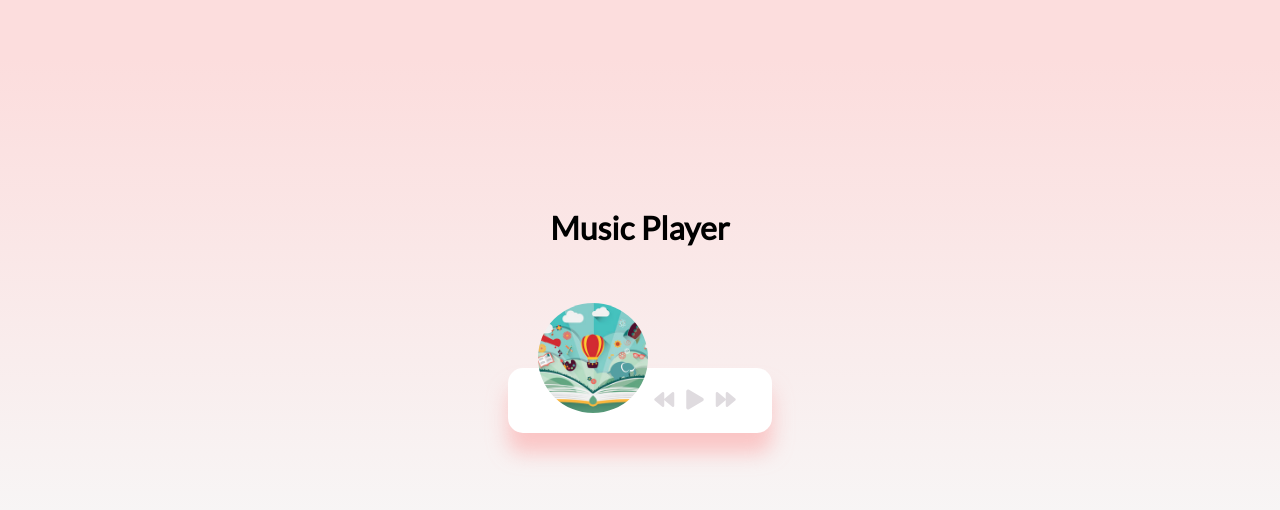
Repository: Youvelop/musicPlayer
Page: index.html
An editor plug-in stored every save of this project. The page is shown before and after the next save, followed by the edit.
The browser window is 1280 px wide. The pictures show the whole page.
Some web libraries are served in a nearby version.

Above is the page before, as saved 2020-07-08 08:12:42.

After the next save:
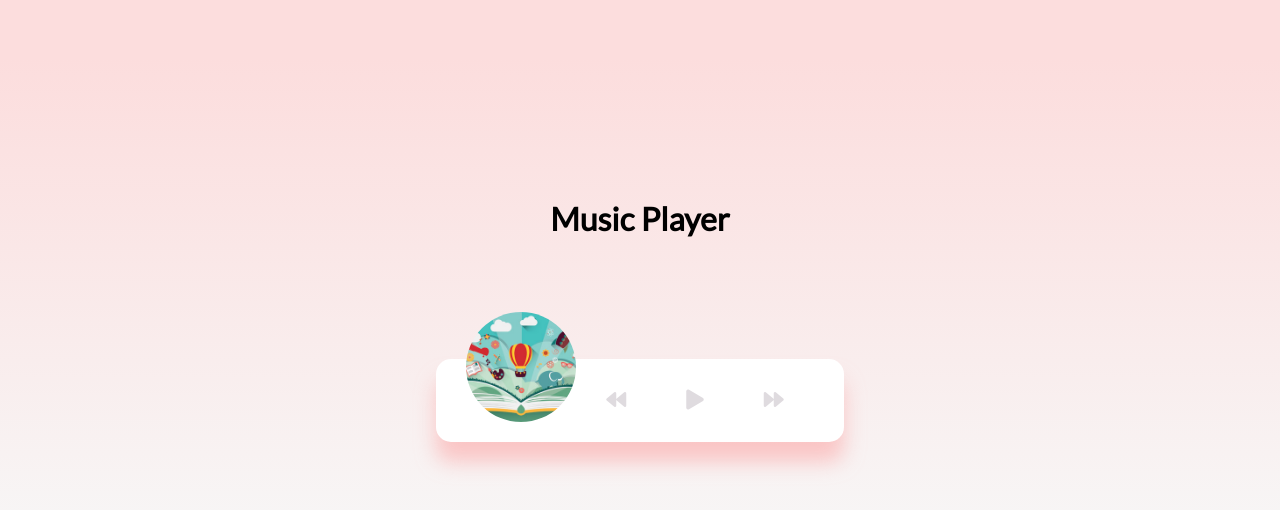
Saved 26 s later.
--- a/style.css
+++ b/style.css
@@ -74,4 +74,7 @@ body {
   border: 0;
   color: #dfdbdf;
   font-size: 20px;
+  cursor: pointer;
+  padding: 10px;
+  margin: 0 20px;
 }
